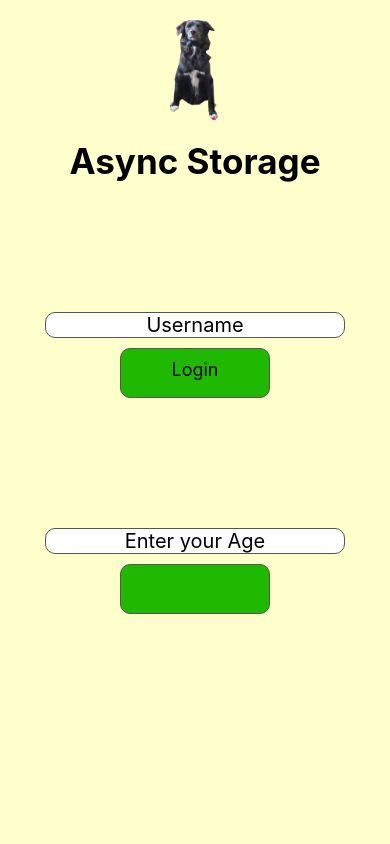
Repository: Curraje/scatter-seed-app
Screen: /
These files come from the project's save history. The screen is drawn as it stood at one moment and after the next save; the edit follows.
The app was drawn by React Native's web renderer in a window 390 px wide. The project was rebuilt for these pictures with package versions that can differ from the ones it lists, and the page was loaded fresh each time. Some packages were replaced by stand-ins written for this rebuild. Also part of the build but not shown: src/screens/Home.tsx.

Above is the screen before, as saved 2022-03-06 14:33:30.

After the next save:
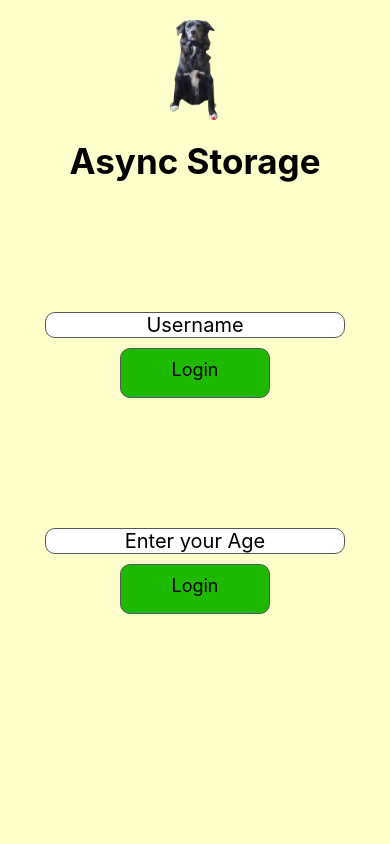
Saved 4 s later.
--- a/src/screens/Login.tsx
+++ b/src/screens/Login.tsx
@@ -66,7 +66,7 @@ export default function Login({ navigation }: any) {
         onChangeText={(value) => setAge(value)}
       />
       <CustomButton
-        title=""
+        title="Login"
         regular_color="#1eb900"
         pressed_color="#1eb999"
         onPressFunction={setData}
